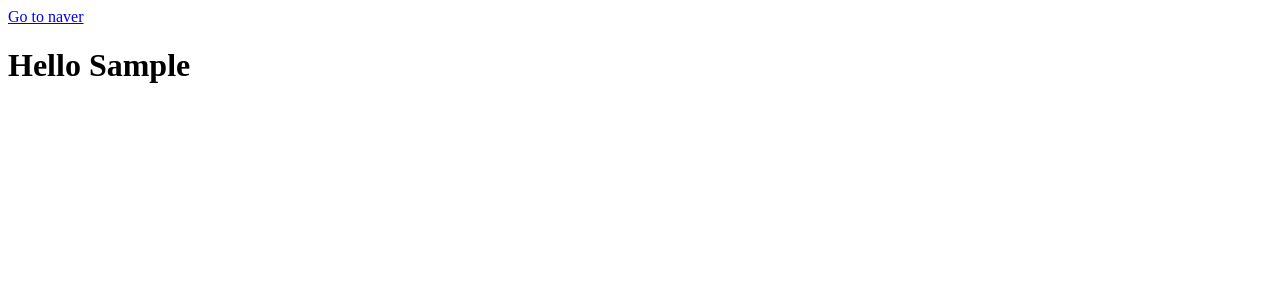
Repository: jun01270/F-E-practice
Page: index.html
An editor plug-in stored every save of this project. The page is shown before and after the next save, followed by the edit.
The browser window is 1280 px wide. The pictures show the whole page.
Empty fields were first filled with sample values (such as "Sample", 5 or name@example.com).
After loading, the first visible `#userName-form` was submitted once.

Above is the page before, as saved 2022-12-22 16:48:29.

After the next save:
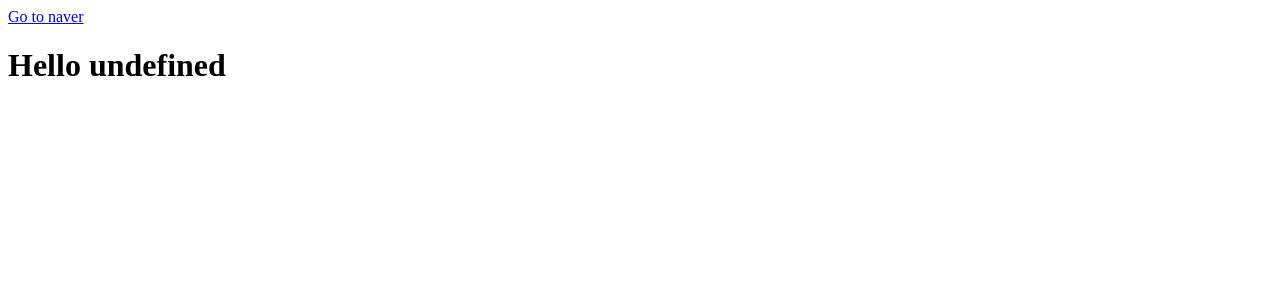
Saved 49 s later.
--- a/app.js
+++ b/app.js
@@ -9,7 +9,7 @@ function loginResult(e) {
   loginForm.classList.add("hidden");
   const userName1 = userName.value;
   localStorage.setItem("username", userName1);
-  paintUserName(userName);
+  paintUserName(userName1);
 }
 
 loginForm.addEventListener("submit", loginResult);

After the save that followed:
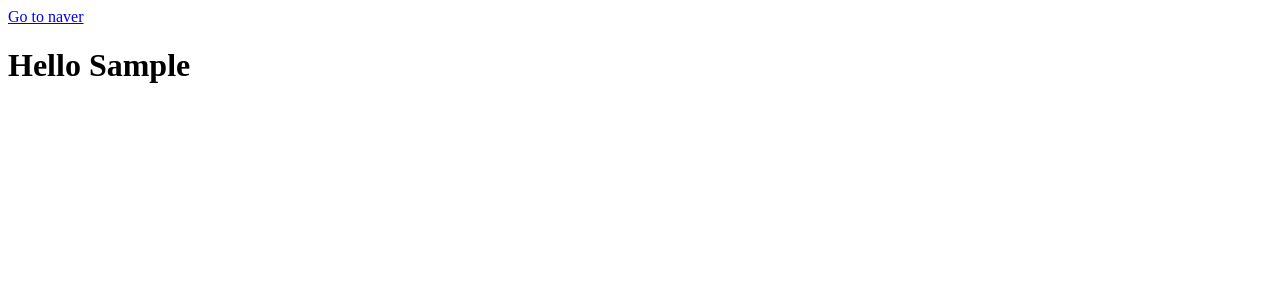
Saved 4 s later.
--- a/app.js
+++ b/app.js
@@ -15,7 +15,7 @@ function loginResult(e) {
 loginForm.addEventListener("submit", loginResult);
 
 function paintUserName(userName) {
-  firstH1.innerText = `Hello ${userName.value}`;
+  firstH1.innerText = `Hello ${userName}`;
   firstH1.classList.remove("hidden");
 }
 
